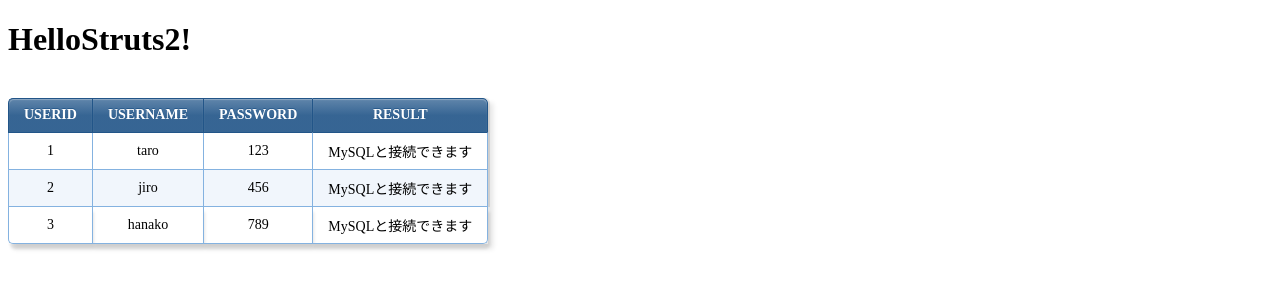
Repository: Numanaka/test
Page: http://localhost/WebProj5/HelloStrutsAction.action
An editor plug-in stored every save of this project. The page is shown before and after the next save, followed by the edit.
The browser window is 1280 px wide. The pictures show the whole page.
The page is served by Tomcat 9. Other server files are loaded and not shown. The database holds what the project's SQL file puts in it.

Above is the page before, as saved 2019-07-02 07:49:34.

### WebProj5/WebContent/hello.jsp
<%@ page language="java" contentType="text/html; charset=UTF-8"
    pageEncoding="UTF-8"%>
<%@ taglib prefix="s" uri="/struts-tags" %>
<!DOCTYPE html>
<html>
<head>
<meta charset="utf-8">
<title>HelloStruts</title>
<link rel="stylesheet" type="text/css" href="./css/style.css">

</head>
<body>

<h1>HelloStruts2!</h1>
<br>
<table>
<tbody>
	<tr>
		<th>USERID</th>
		<th>USERNAME</th>
		<th>PASSWORD</th>
		<th>RESULT</th>
	</tr>
	<s:iterator value="#session.helloStrutsDTOList">
	<tr>
		<td><s:property value="userId"/></td>
		<td><s:property value="userName"/></td>
		<td><s:property value="password"/></td>
		<td><s:property value="result"/></td>
	</tr>
	</s:iterator>


</tbody>
</table>


</body>
</html>

### WebProj5/src/com/internousdev/webproj5/dao/HelloStrutsDAO.java
package com.internousdev.webproj5.dao;

import java.sql.Connection;
import java.sql.PreparedStatement;
import java.sql.ResultSet;
import java.sql.SQLException;
import java.util.ArrayList;
import java.util.List;

import com.internousdev.webproj5.dto.HelloStrutsDTO;
import com.internousdev.webproj5.util.DBConnector;

public class HelloStrutsDAO {
	List<HelloStrutsDTO> helloStrutsDTOList=new ArrayList<HelloStrutsDTO>();

	public List<HelloStrutsDTO> select(){
		DBConnector db=new DBConnector();
		Connection con=db.getConnection();

		String sql="select * from users";

		try{
			PreparedStatement ps=con.prepareStatement(sql);
			ResultSet rs=ps.executeQuery();

			while(rs.next()){
				HelloStrutsDTO dto=new HelloStrutsDTO();
				dto.setUserId(rs.getInt("user_id"));
				dto.setUserName(rs.getString("user_name"));
				dto.setPassword(rs.getString("password"));
				dto.setResult("MySQLと接続できます");
				helloStrutsDTOList.add(dto);

			}
		}catch(SQLException e){
			e.printStackTrace();
		}
		try{
			con.close();
		}catch(SQLException e){
			e.printStackTrace();
		}
		return helloStrutsDTOList;
	}
}

### WebProj5/src/com/internousdev/webproj5/util/DBConnector.java
package com.internousdev.webproj5.util;

import java.sql.Connection;
import java.sql.DriverManager;
import java.sql.SQLException;

public class DBConnector {
	private static String driverName="com.mysql.jdbc.Driver";//ドライバー名
	private static String url="jdbc:mysql://localhost/testnmdb";//接続URL
	private static String user="root";//ユーザー名
	private static String password="mysql";//パスワード

	public Connection getConnection(){
		Connection con=null;
		try{
			Class.forName(driverName);
			con=DriverManager.getConnection(url,user,password);

		}catch(ClassNotFoundException e){
			e.printStackTrace();
		}catch(SQLException e){
			e.printStackTrace();
		}
		return con;
	}


}

### WebProj5/src/com/internousdev/webproj5/dto/HelloStrutsDTO.java
package com.internousdev.webproj5.dto;

public class HelloStrutsDTO {

	private int userId;
	private String userName;
	private String password;
	private String result;

	public int getUserId(){
		return userId;
	}

	public void setUserId(int userId){
		this.userId=userId;
	}

	public String getUserName(){
		return userName;
	}
	public void setUserName(String userName){
		this.userName=userName;
	}

	public String getPassword(){
		return password;
	}

	public void setPassword(String password){
		this.password=password;
	}

	public String getResult(){
		return result;
	}
	public void setResult(String result){
		this.result=result;
	}

}

### WebProj5/WebContent/css/style.css
table{
	width: auto;
	border-spacing: 0;
	font-size: 14px;
}

table th{
	color: #fff;
	padding: 8px 15px;
	background: #258;
	background: -moz-linear-gradient(rgba(34,85,136,0.7), rgba(34,85,136,0.9) 50%);
	background: -webkit-gradient(linear,100% 0%,100% 50%, from(rgba(34,85,136,0.7)),to(rgba(34,85,136,0.9)));
	font-weight: bold;
	border-left: 1px solid #258;
	border-top: 1px solid #258;
	border-bottom: 1px solid #258;
	line-height: 120%;
	text-align: center;
	text-shadow: 0px -1px 0 rgba(34,85,136,0.9);
	box-shadow: 0px 1px 1px rgba(255,255,255,0.3) inset;
}

table th:first-child{
	border-radius:5px 0 0 0;
}

table th:last-child{
	border-radius: 0 5px 0 0;
	border-right: 1px solid #258;
	box-shadow: 2px 0px 1px rgba(0,0,0,0.1), 0px 1px 1px rgba(255,255,255,0.3) inset;

}

table tr td{
	padding: 8px 15px;
	border-bottom: 1px solid #84b2e0;
	border-left: 1px solid #84b2e0;
	text-align: center;
}

table tr td:last-child{
	border-right: 1px solid #84b2e0;
	box-shadow: 2px 0px 0px rgba(0,0,0,0.1);
}
table tr{
	background: #fff;
}

table tr:nth-child(2n+1){
	background: #f1f6fc;

}

table tr:last-child td{
	box-shadow: 2px 5px 3px rgba(0,0,0,0.1);
}

table tr:last-child td:first-child{
	border-radius: 0 0 0 5px;
}

table tr:last-child td:last-child{
	border-radius: 0 0 5px 0;
}

table tr:hover{
	background: #bbd4ee;
	cursor: pointer;
}
table{
	box-shadow: 5px 5px 5px rgba(0,0,0,0.1);
}

### WebProj5/sql/testnmdb.sql (the tables this page reads)
create table users(
user_id int primary key auto_increment,
user_name varchar(255),
password varchar(255)
);

insert into users values(1,"taro","123");

insert into users values(2,"jiro","456");

insert into users values(3,"hanako","789");

After the next save:
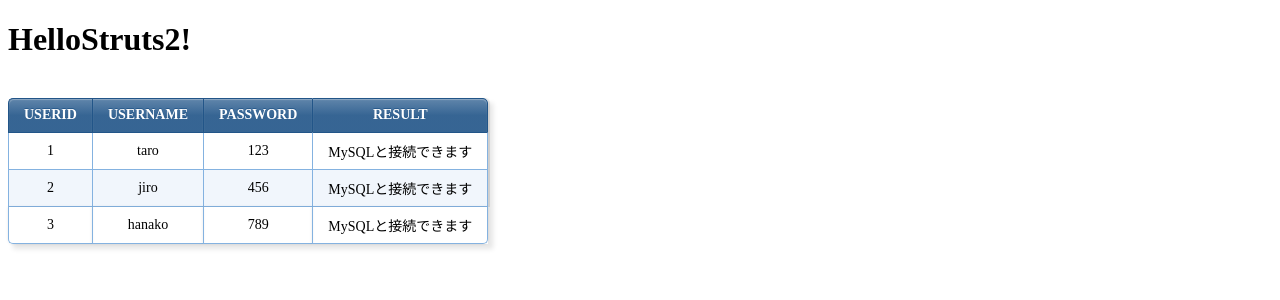
Saved 35 s later.
--- a/WebProj5/WebContent/css/style.css
+++ b/WebProj5/WebContent/css/style.css
@@ -52,7 +52,7 @@ table tr:nth-child(2n+1){
 }
 
 table tr:last-child td{
-	box-shadow: 2px 5px 3px rgba(0,0,0,0.1);
+	box-shadow: 0px 0px 3px rgba(0,0,0,0.1);
 }
 
 table tr:last-child td:first-child{
